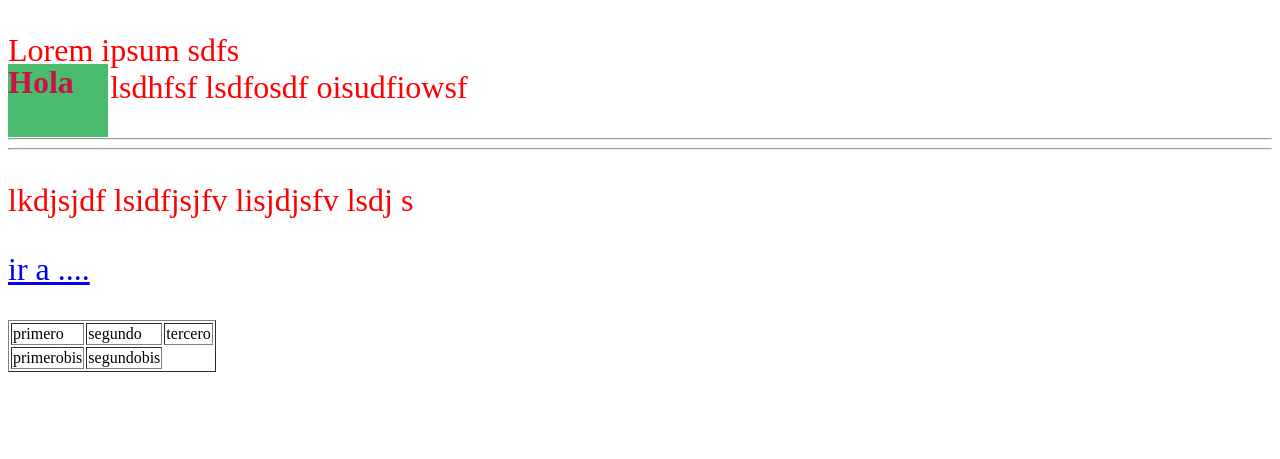
Repository: gadiazsaavedra/Unidad_2
Page: index.html
An editor plug-in stored every save of this project. The page is shown before and after the next save, followed by the edit.
The browser window is 1280 px wide. The pictures show the whole page.

Above is the page before, as saved 2023-08-07 16:16:12.

After the next save:
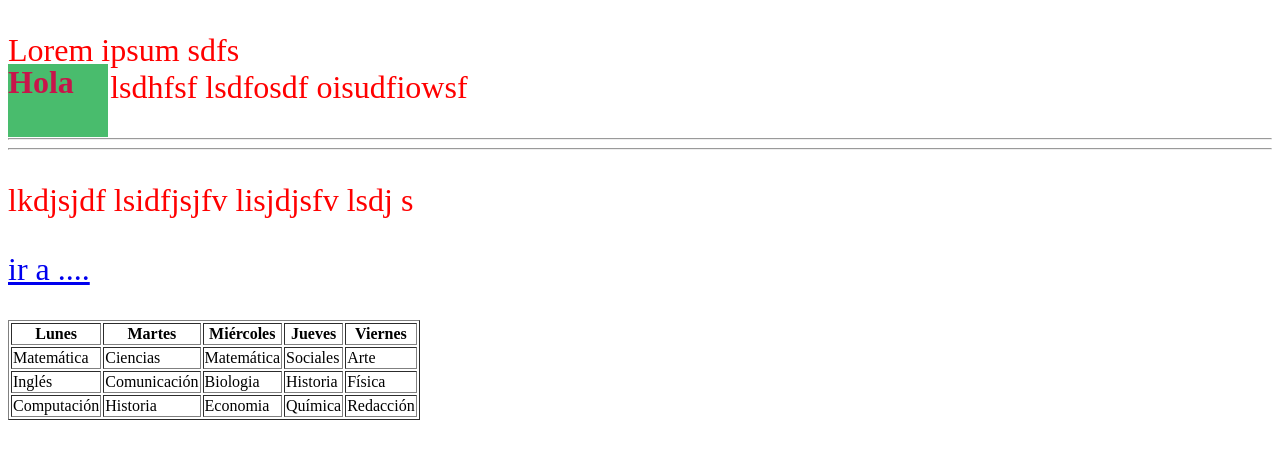
Saved 9 min 54 s later.
--- a/index.html
+++ b/index.html
@@ -13,18 +13,40 @@
     <hr/>
     <p>lkdjsjdf lsidfjsjfv lisjdjsfv lsdj s</p>
     <p><a href="https://www.google.com/">ir a ....</a><br>
-    <table border 1000px>
-      <tr>
-        <td> primero</td>
-        <td>segundo</td>
-        <td>tercero</td>
-      </tr>
-      <tr>
-        <td>primerobis</td>
-        <td>segundobis</td>
+      <table border="1px">
+        <tr>
+        <th> Lunes </th>
+        <th> Martes </th>
+        <th> Miércoles </th>
+        <th> Jueves </th>
+        <th> Viernes </th>
+        </tr>
 
-      </tr>
-    </table>
+        <tr>
+        <td> Matemática  </td>
+        <td> Ciencias </td>
+        <td> Matemática </td>
+        <td> Sociales </td>
+        <td> Arte </td>
+        </tr>
+
+        <tr>
+        <td> Inglés </td>
+        <td> Comunicación </td>
+        <td> Biologia </td>
+        <td> Historia </td>
+        <td> Física </td>
+        </tr>
+
+        <tr>
+        <td> Computación </td>
+        <td> Historia </td>
+        <td> Economia </td>
+        <td> Química </td>
+        <td> Redacción </td>
+        </tr>
+
+        </table>
     </p>
   </body>
 </html>
